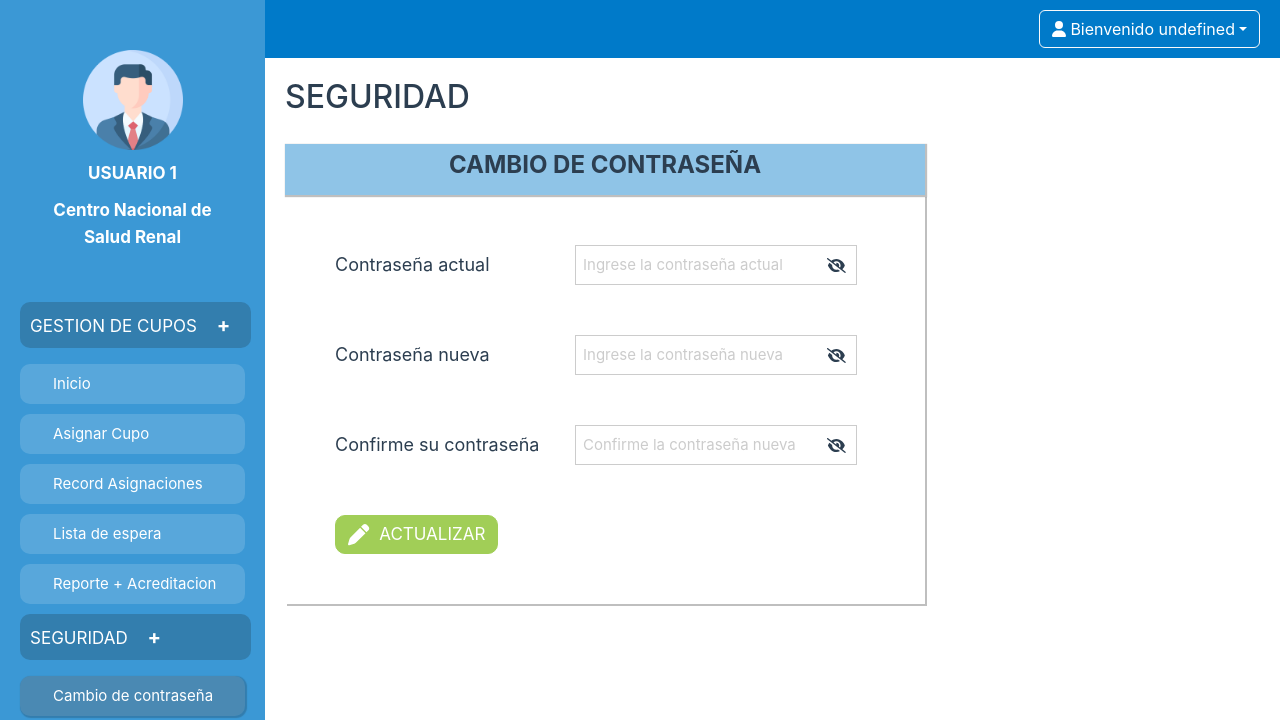
Repository: cynthiacevallos/organizadorhisar
Page: /seguridad
An editor plug-in stored every save of this project. The page is shown before and after the next save, followed by the edit.
The browser window is 1280 px wide. The pictures show the whole page.
Some web libraries are served in a nearby version. The project was rebuilt for these pictures with package versions that can differ from the ones it lists, and the page was loaded fresh each time. Also part of the build but not shown: vite.config.js, vue.config.js.

Above is the page before, as saved 2023-09-06 09:42:21.

After the next save:
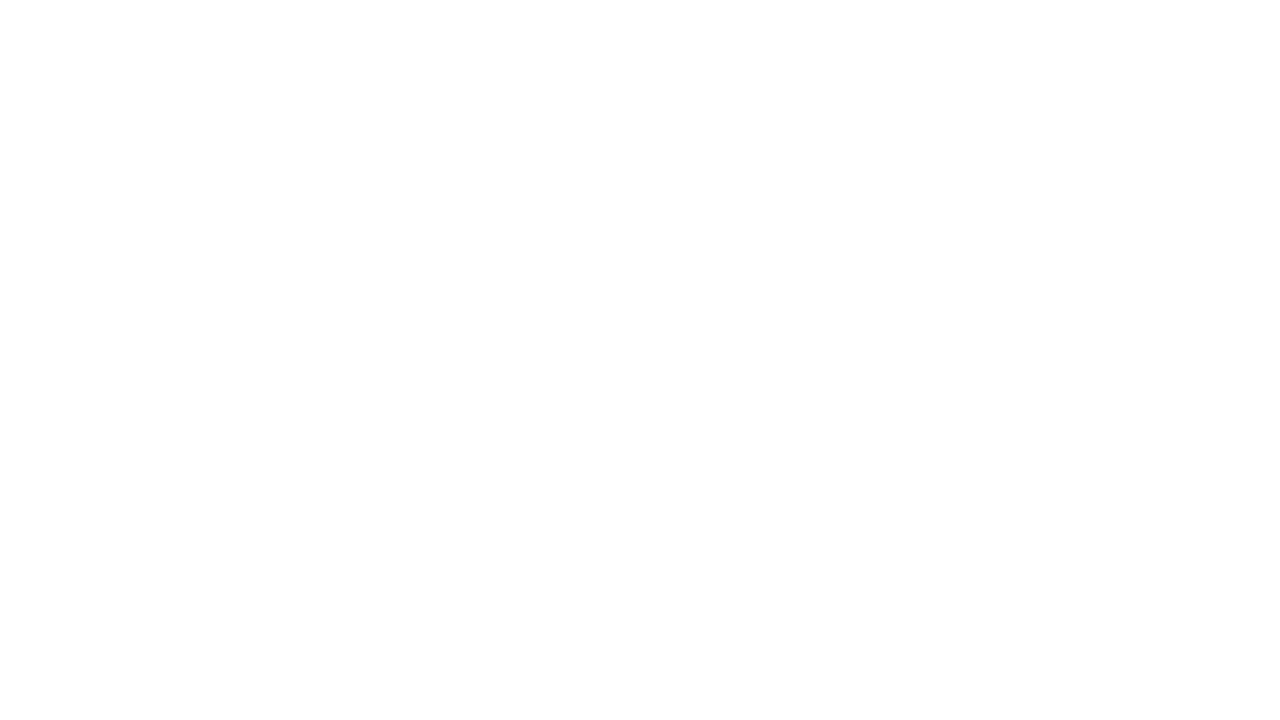
Console error: ReferenceError: Test is not defined
Saved 90 s later.
--- a/src/router/index.js
+++ b/src/router/index.js
@@ -33,11 +33,11 @@
       name:'cambiocontraseña',
       component: () => import('../views/Seguridad/CambioContrasena.vue')
     },
-    /*{
+    {
       path:'/',
       name:'x',
       component:Test
-    },*/
+    },
   ]
 })
 

After the 2 saves that followed:
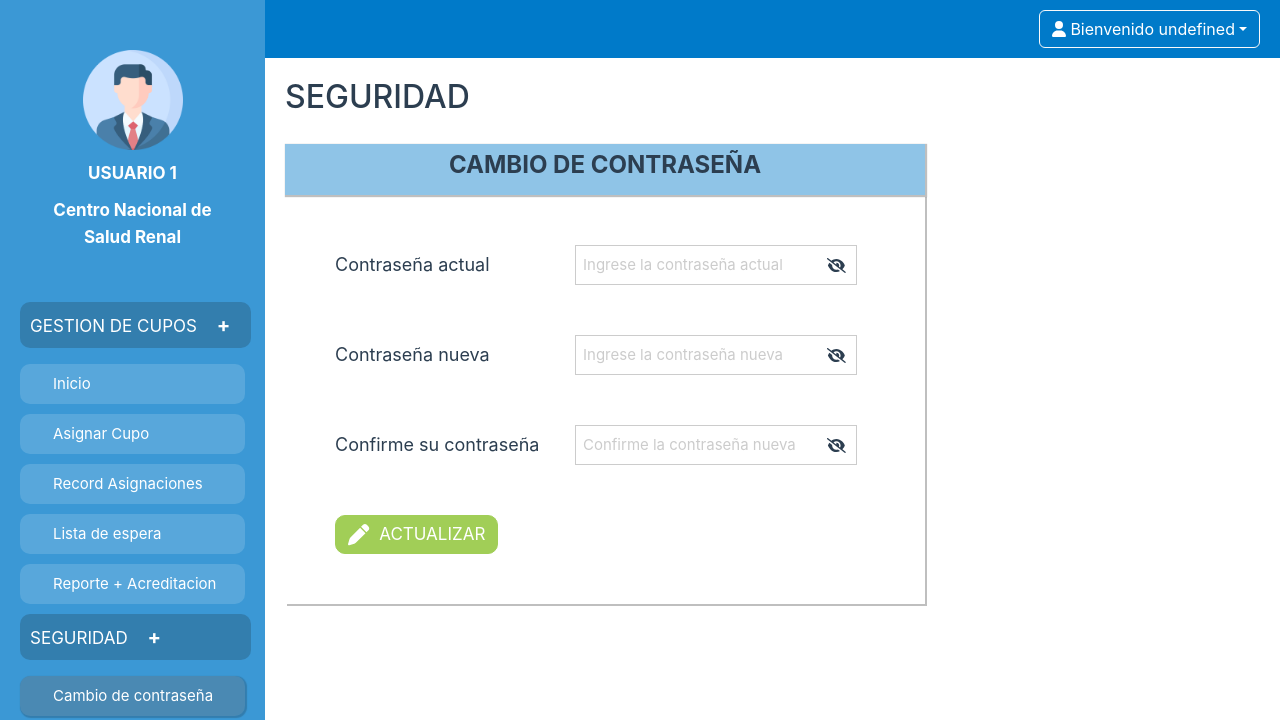
The error is gone.
The 2 saves are shown as one change because 1 did not build or start.
The last was saved 15 s later.
--- a/src/router/index.js
+++ b/src/router/index.js
@@ -36,7 +36,7 @@
     {
       path:'/',
       name:'x',
-      component:Test
+      component:()=>import('../views/')
     },
   ]
 })
